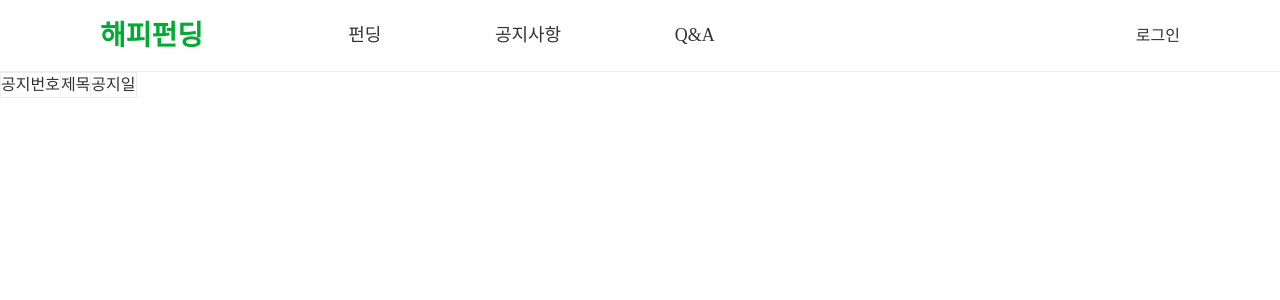
Repository: leesaereum/funding
Page: http://localhost/Funding/pages/notice.jsp
These files come from the project's save history. The page is drawn as it stood at one moment and after the next save; the edit follows.
The browser window is 1280 px wide. The pictures show the whole page.
The page is served by Tomcat 9. Other server files are loaded and not shown.

Above is the page before, as saved 2022-04-06 09:15:00.

### Funding/src/main/webapp/pages/notice.jsp
<%@ page language="java" contentType="text/html; charset=UTF-8"
    pageEncoding="UTF-8"%>
<%@ taglib prefix="c" uri="http://java.sun.com/jsp/jstl/core"%>
<!DOCTYPE html>
<html>
<head>
<meta charset="UTF-8">
<title>해피펀딩 공지사항</title>
<link rel="stylesheet" href="/Funding/styles/init.css">
<link rel="stylesheet" href="/Funding/styles/base.css">
<style>
.loadMore {
	width: 100%;
	height: 52px;
	line-height: 52px;
	border: 1px solid rgba(0, 0, 0, .07);
	background-color: #f6f6f6;
	font-size: 15px;
	text-align: center;
	overflow-anchor: none;
	cursor: pointer;
}
#toast {
    position: fixed;
    bottom: 30px;
    left: 50%;
    padding: 15px 20px;
    transform: translate(-50%, 10px);
    border-radius: 30px;
    overflow: hidden;
    opacity: 0;
    visibility: hidden;
    transition: opacity .5s, visibility .5s, transform .5s;
    background: rgba(0, 0, 0, 0.5);
    color: #fff;
    z-index: 5;
}
#toast.reveal {
    opacity: 1;
    visibility: visible;
    transform: translate(-50%, 0)
}
</style>
</head>
<body>
	<jsp:include page="/components/header.jsp"/>
	<table border="1">
	<tr>
	<td>공지번호</td>
	<td>제목</td>
	<td>공지일</td>
	</tr>
	<c:forEach items="${notice}" var="notice">
	<tr>
	<td>${notice.number }</td>
	<td>${notice.title }</td>
	<td>${notice.date }</td>
	</tr>
	</c:forEach>
	</table>
</body>
</html>

### Funding/src/main/webapp/components/header.jsp
<%@ page language="java" contentType="text/html; charset=UTF-8"
	pageEncoding="UTF-8"%>

<style>
header {
	width: 100%;
	height: 72px;
	border-bottom: 1px solid #f0f0f0;
	box-sizing: border-box;
}
.header.drop {
  position: fixed;
  animation: dropHeader 0.3s;
  background-color: white;
  z-index: 999;
}

@keyframes dropHeader {
  0% {
    top: -5rem;
  }
  100% {
    top: 0;
  }
}

.header__wrap {
	width: 1080px;
	margin: 0 auto;
	display: flex;
	justify-content: space-between;
	line-height: 71px;
}
.header__wrap h1{
	font-size: 28px;
}

.header__wrap ul{
	display: flex;
	justify-content: space-around;
	width: 480px;
	font-size: 18px;
}
.header__wrap li{
	cursor: pointer;
}
.signedIn_email{
	padding-right: 12px;
	margin-top: 20px;
	margin-right:12px;
	border-right: 1px solid #eee;
	height: 30px;
	line-height: 32px;
}
.makeFunding{
	height: 30px;
	margin-top: 20px;
	margin-left: 12px;
	padding-left: 12px;
	border-left: 1px solid #eee;
	line-height: 31px !important;
	cursor: pointer;
	color: #0091ff;

}
#loginZone{
	width: 320px;
	display: flex;
	justify-content: right;
}
</style>
<header class="header">
	<div class="header__wrap">
		<h1 class="font-color-main" onclick="goHome()">해피펀딩</h1>
		<nav>
			<ul>
				<li>펀딩</li>
				<li><a href = "/Funding/pages/notice.jsp">공지사항</a></li>
				<li>Q&A</li>
			</ul>
		</nav>
		<div id="loginZone">
			<div class="loginButton">로그인</div>
		</div>
	</div>

</header>
<script src="/Funding/libraries/jQuery.js"></script>
<script>
let header = document.querySelector(".header");
let headerHeight = 72;
let customer_id = "<%=session.getAttribute("customer_id")%>";
if(customer_id == "null"){
	document.getElementById("loginZone").innerHTML = '<div class="loginButton">로그인</div>';
}else{
	document.getElementById("loginZone").innerHTML = '<p class="signedIn_email">'+customer_id.split("@")[0]+' 님</p><div class="mypageButton">마이페이지</div> <div class="logoutButton">로그아웃</div>';
}
let isSeller = "<%=session.getAttribute("isSeller")%>";
if(isSeller != "null"){
	let txt = document.getElementById("loginZone").innerHTML;
	txt += '<div class="makeFunding">펀딩 만들기</div>';
	document.getElementById("loginZone").innerHTML = txt;
}
window.onscroll = function () {
  if(window.innerHeight > 1200){
	  let windowTop = window.scrollY;
	  	// 스크롤 세로값이 헤더높이보다 크거나 같으면
		// 헤더에 클래스 'drop'을 추가한다
	  if (windowTop >= headerHeight) {
	    header.classList.add("drop");
	  }
	  // 아니면 클래스 'drop'을 제거
	  else {
	    header.classList.remove("drop");
	  }
  }

};
function goHome(){
	//todo: 작성하던 내용이 사라집니다.
	location.href = "/Funding/main.jsp"
}
$(document).on("click", ".loginButton", function(e){
	e.stopPropagation();
	localStorage.setItem("pastURL", location.href);
	location.href = "/Funding/pages/login.jsp";
})
$(document).on("click", ".logoutButton", function(e){
	e.stopPropagation();
	localStorage.setItem("pastURL", location.href);
	location.href = "/Funding/logout.do";
})
$(document).on("click", ".mypageButton", function(e){
	e.stopPropagation();
	localStorage.setItem("pastURL", location.href);
	location.href = "/Funding/mypage.do";
})
$(document).on("click", ".makeFunding", function(e){
	e.stopPropagation();
	location.href = "/Funding/pages/makeFunding.jsp";
})
</script>

### Funding/src/main/webapp/styles/init.css
*, ::before, ::after {
	box-sizing: border-box;
	background-repeat: no-repeat;
	margin: 0;
	padding: 0;
}
a{
	text-decoration: none;
    color: #333;
}
html, body{
	width: 100%;
	height: 100%;
}
body{
	color: #333;
}
::before, ::after {
	text-decoration: inherit;
	vertical-align: inherit
}

:where(:root) {
	cursor: default;
	line-height: 1.5;
	overflow-wrap: break-word;
	-moz-tab-size: 4;
	tab-size: 4;
	-webkit-tap-highlight-color: transparent;
	-webkit-text-size-adjust: 100%;
	text-size-adjust: 100%
}

:where(body) {
	margin: 0
}

:where(dl, ol, ul) :where(dl, ol, ul) {
	margin: 0
}

:where(hr) {
	color: inherit;
	height: 0
}

:where(nav) :where(ol, ul) {
	list-style-type: none;
	padding: 0
}

:where(nav li)::before {
	content: "\200B";
	float: left
}

:where(pre) {
	font-family: monospace, monospace;
	font-size: 1em;
	overflow: auto
}

:where(abbr[title]) {
	text-decoration: underline;
	text-decoration: underline dotted
}

:where(b, strong) {
	font-weight: bolder
}

:where(code, kbd, samp) {
	font-family: monospace, monospace;
	font-size: 1em
}

:where(small) {
	font-size: 80%
}

:where(audio, canvas, iframe, img, svg, video) {
	vertical-align: middle
}

:where(iframe) {
	border-style: none
}

:where(svg:not([fill])) {
	fill: currentColor
}

:where(table) {
	border-collapse: collapse;
	border-color: currentColor;
	text-indent: 0
}

:where(button, input, select) {
	margin: 0
}

:where(button, [type="button" i], [type="reset" i], [type="submit" i]) {
	-webkit-appearance: button
}

:where(fieldset) {
	border: 1px solid #a0a0a0
}

:where(progress) {
	vertical-align: baseline
}

:where(textarea) {
	margin: 0;
	resize: vertical
}

:where([type="search" i]) {
	-webkit-appearance: textfield;
	outline-offset: -2px
}

::-webkit-inner-spin-button, ::-webkit-outer-spin-button {
	height: auto
}

::-webkit-input-placeholder {
	color: inherit;
	opacity: .54
}

::-webkit-search-decoration {
	-webkit-appearance: none
}

::-webkit-file-upload-button {
	-webkit-appearance: button;
	font: inherit
}

:where(dialog) {
	background-color: #fff;
	border: solid;
	color: #000;
	height: -moz-fit-content;
	height: fit-content;
	left: 0;
	margin: auto;
	padding: 1em;
	position: absolute;
	right: 0;
	width: -moz-fit-content;
	width: fit-content
}

:where(dialog:not([open])) {
	display: none
}

:where(details>summary:first-of-type) {
	display: list-item
}

:where([aria-busy="true" i]) {
	cursor: progress
}

:where([aria-disabled="true" i], [disabled]) {
	cursor: not-allowed
}

:where([aria-hidden="false" i][hidden]) {
	display: initial
}

:where([aria-hidden="false" i][hidden]:not(:focus)) {
	clip: rect(0, 0, 0, 0);
	position: absolute
}

### Funding/src/main/webapp/styles/base.css
@charset "UTF-8";

.font-color-main{
	color: #00AB33;
}
.font-color-highlight{
	color: #0091FF;
}

.bg-color-main{
	background-color: #00AB33;
}

.bg-color-highlight{
	background-color: #0091FF;
}

Loaded but not shown: Funding/src/main/webapp/libraries/jQuery.js (library)

After the next save:
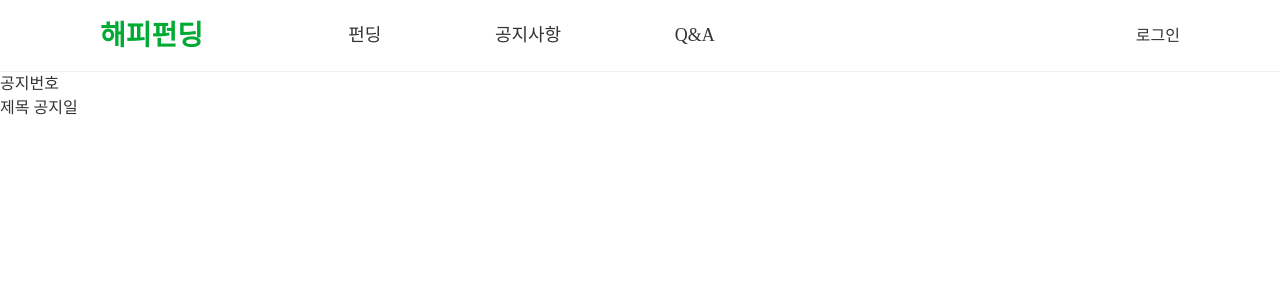
Saved 45 s later.
--- a/Funding/src/main/webapp/pages/notice.jsp
+++ b/Funding/src/main/webapp/pages/notice.jsp
@@ -44,9 +44,7 @@
 </head>
 <body>
 	<jsp:include page="/components/header.jsp"/>
-	<table border="1">
-	<tr>
-	<td>공지번호</td>
+	<div>공지번호</div>
 	<td>제목</td>
 	<td>공지일</td>
 	</tr>
